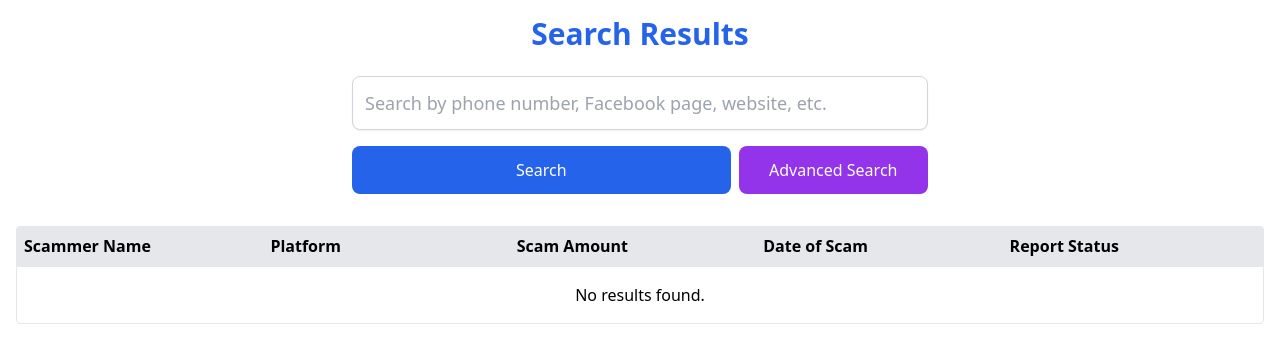
Repository: dev-athar/protarok
Page: /search
The author's editor kept a copy of each file at every save. The page is drawn from the files as they stood at one save, then again after the next save.
The browser window is 1280 px wide. The pictures show the whole page.
The project was rebuilt for these pictures with package versions that can differ from the ones it lists, and the page was loaded fresh each time. Also part of the build but not shown: vite.config.ts, src/pages/RecentScamsList.tsx, src/pages/HomePage.tsx, src/pages/SubmitScamPage.tsx, src/pages/ImageUploader.tsx, src/pages/AdvancedSearchPage.tsx.

Above is the page before, as saved 2025-01-01 13:22:36.

After the next save:
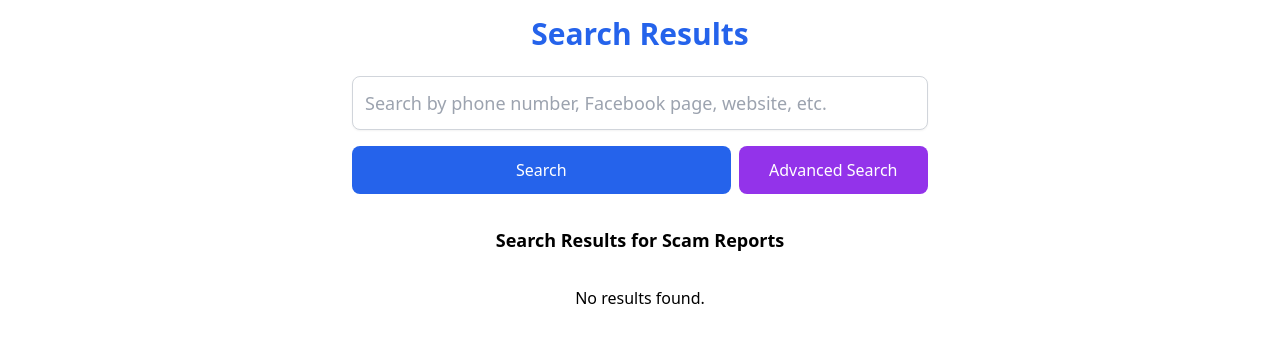
Saved 64 s later.
--- a/src/pages/SearchPage.tsx
+++ b/src/pages/SearchPage.tsx
@@ -3,7 +3,7 @@
 import SearchBar from "./SearchBar";
 import { supabase } from "../supabase"; // Ensure you have the supabase client setup
 
-const SearchPage = () => {
+const AdvancedSearchPage = () => {
   const location = useLocation();
   const queryParams = new URLSearchParams(location.search);
   const initialSearchTerm = queryParams.get("query") || "";
@@ -53,17 +53,13 @@
       </header>
       <SearchBar onSearch={handleSearch} initialQuery={searchTerm} />
       <div className="mt-4">
-        {/* Column Names */}
-        <div className="grid grid-cols-5 font-bold bg-gray-200 p-2 rounded-t">
-          <span>Scammer Name</span>
-          <span>Platform</span>
-          <span>Scam Amount</span>
-          <span>Date of Scam</span>
-          <span>Report Status</span>
+        {/* Heading */}
+        <div className="text-center mb-4 font-bold text-lg">
+          <p>Search Results for Scam Reports</p>
         </div>
 
         {/* List of Cards */}
-        <div className="flex flex-col border rounded-b">
+        <div className="flex flex-col gap-4">
           {loading ? (
             <p className="text-center p-4">Loading...</p>
           ) : searchResults.length === 0 ? (
@@ -72,13 +68,23 @@
             searchResults.map((result, index) => (
               <div
                 key={index}
-                className="grid grid-cols-5 border-b p-2 items-center hover:bg-gray-100"
+                className="border rounded p-4 shadow hover:shadow-lg transition duration-300"
               >
-                <span>{result.scamProfileName}</span>
-                <span>{result.platform}</span>
-                <span>{result.scamAmount}</span>
-                <span>{result.dateOfScam}</span>
-                <span>{result.reportStatus}</span>
+                <h2 className="text-xl font-semibold mb-2 text-blue-600">
+                  {result.scamProfileName}
+                </h2>
+                <p>
+                  <strong>Platform:</strong> {result.platform}
+                </p>
+                <p>
+                  <strong>Scam Amount:</strong> {result.scamAmount}
+                </p>
+                <p>
+                  <strong>Date of Scam:</strong> {result.dateOfScam}
+                </p>
+                <p>
+                  <strong>Report Status:</strong> {result.reportStatus}
+                </p>
               </div>
             ))
           )}
@@ -88,4 +94,4 @@
   );
 };
 
-export default SearchPage;
+export default AdvancedSearchPage;

After the save that followed:
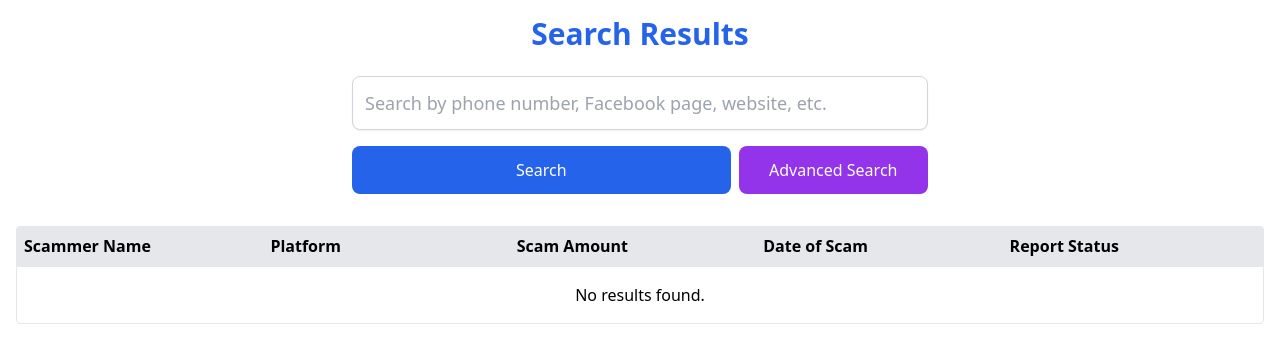
Saved 107 s later.
--- a/src/pages/SearchPage.tsx
+++ b/src/pages/SearchPage.tsx
@@ -3,7 +3,7 @@
 import SearchBar from "./SearchBar";
 import { supabase } from "../supabase"; // Ensure you have the supabase client setup
 
-const AdvancedSearchPage = () => {
+const SearchPage = () => {
   const location = useLocation();
   const queryParams = new URLSearchParams(location.search);
   const initialSearchTerm = queryParams.get("query") || "";
@@ -53,13 +53,17 @@
       </header>
       <SearchBar onSearch={handleSearch} initialQuery={searchTerm} />
       <div className="mt-4">
-        {/* Heading */}
-        <div className="text-center mb-4 font-bold text-lg">
-          <p>Search Results for Scam Reports</p>
+        {/* Column Names */}
+        <div className="grid grid-cols-5 font-bold bg-gray-200 p-2 rounded-t">
+          <span>Scammer Name</span>
+          <span>Platform</span>
+          <span>Scam Amount</span>
+          <span>Date of Scam</span>
+          <span>Report Status</span>
         </div>
 
         {/* List of Cards */}
-        <div className="flex flex-col gap-4">
+        <div className="flex flex-col border rounded-b">
           {loading ? (
             <p className="text-center p-4">Loading...</p>
           ) : searchResults.length === 0 ? (
@@ -68,23 +72,13 @@
             searchResults.map((result, index) => (
               <div
                 key={index}
-                className="border rounded p-4 shadow hover:shadow-lg transition duration-300"
+                className="grid grid-cols-5 border-b p-2 items-center hover:bg-gray-100"
               >
-                <h2 className="text-xl font-semibold mb-2 text-blue-600">
-                  {result.scamProfileName}
-                </h2>
-                <p>
-                  <strong>Platform:</strong> {result.platform}
-                </p>
-                <p>
-                  <strong>Scam Amount:</strong> {result.scamAmount}
-                </p>
-                <p>
-                  <strong>Date of Scam:</strong> {result.dateOfScam}
-                </p>
-                <p>
-                  <strong>Report Status:</strong> {result.reportStatus}
-                </p>
+                <span>{result.scamProfileName}</span>
+                <span>{result.platform}</span>
+                <span>{result.scamAmount}</span>
+                <span>{result.dateOfScam}</span>
+                <span>{result.reportStatus}</span>
               </div>
             ))
           )}
@@ -94,4 +88,4 @@
   );
 };
 
-export default AdvancedSearchPage;
+export default SearchPage;
